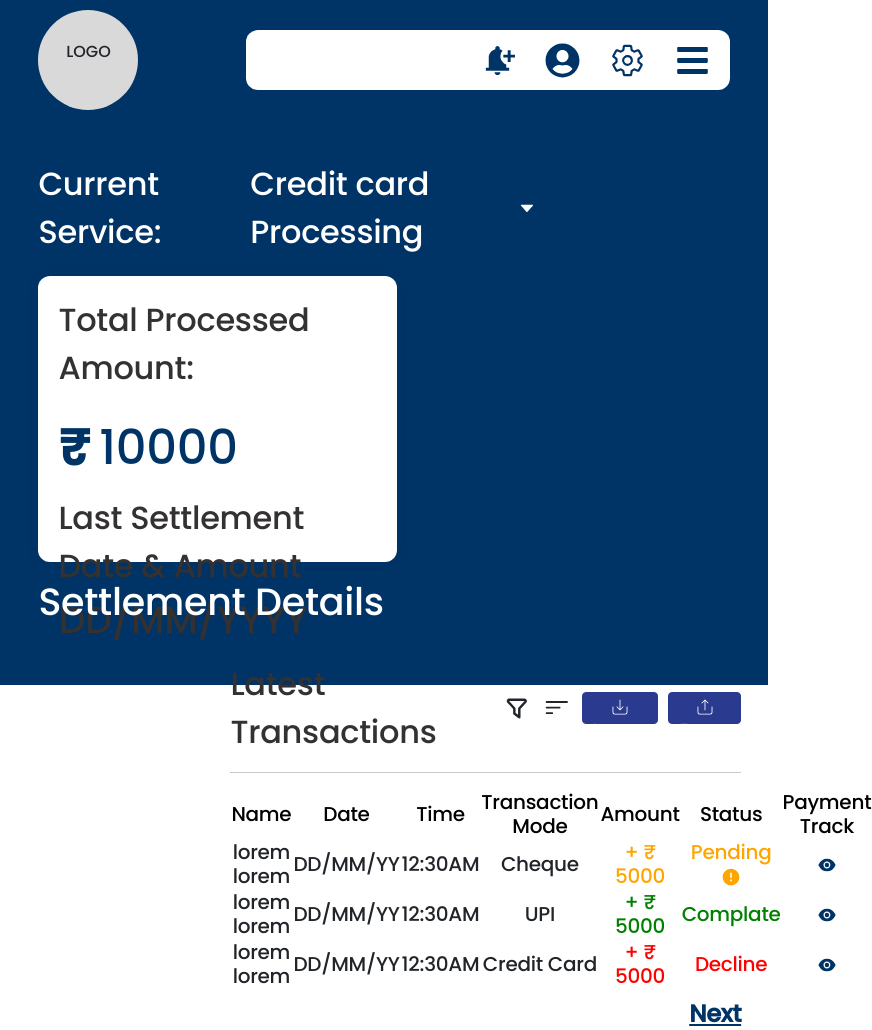
Repository: FlyweisReact/Prashant
Page: /dashboard
The author's editor kept a copy of each file at every save. The page is drawn from the files as they stood at one save, then again after the next save.
The browser window is 768 px wide. The page is 872 px wide, so the pictures cover 872 px, including what lies to the right of the window. The pictures show the whole page.
Some web libraries are served in a nearby version. The project was rebuilt for these pictures with package versions that can differ from the ones it lists, and the page was loaded fresh each time. Also part of the build but not shown: src/Pages/CryptoPayment.jsx, src/Pages/CurrentCharge.jsx, src/Styles/Login.module.css, src/Components/Login/LoginFirstSection.jsx, src/Components/Login/LoginMainSection.jsx, src/Pages/Login.jsx, src/Pages/MatureFund.jsx, src/Pages/OpenBanking.jsx and 12 more.

Above is the page before, as saved 2023-03-23 18:29:54.

After the next save:
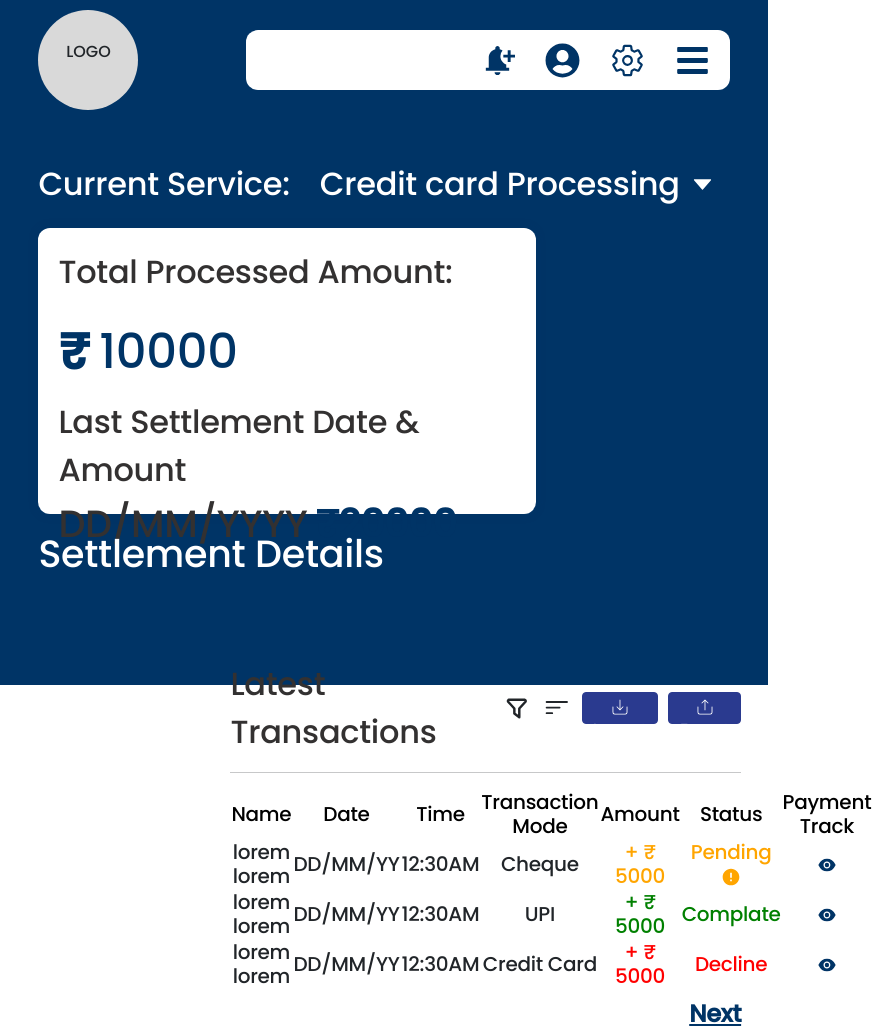
Saved 29 s later.
--- a/src/Styles/Dashboard.module.css
+++ b/src/Styles/Dashboard.module.css
@@ -205,4 +205,7 @@
   .TotalAmountMainDiv{
     display: block;
   }
-}
+  .TotalAmountMainDiv > div {
+    width: 100%;
+  }
+}
